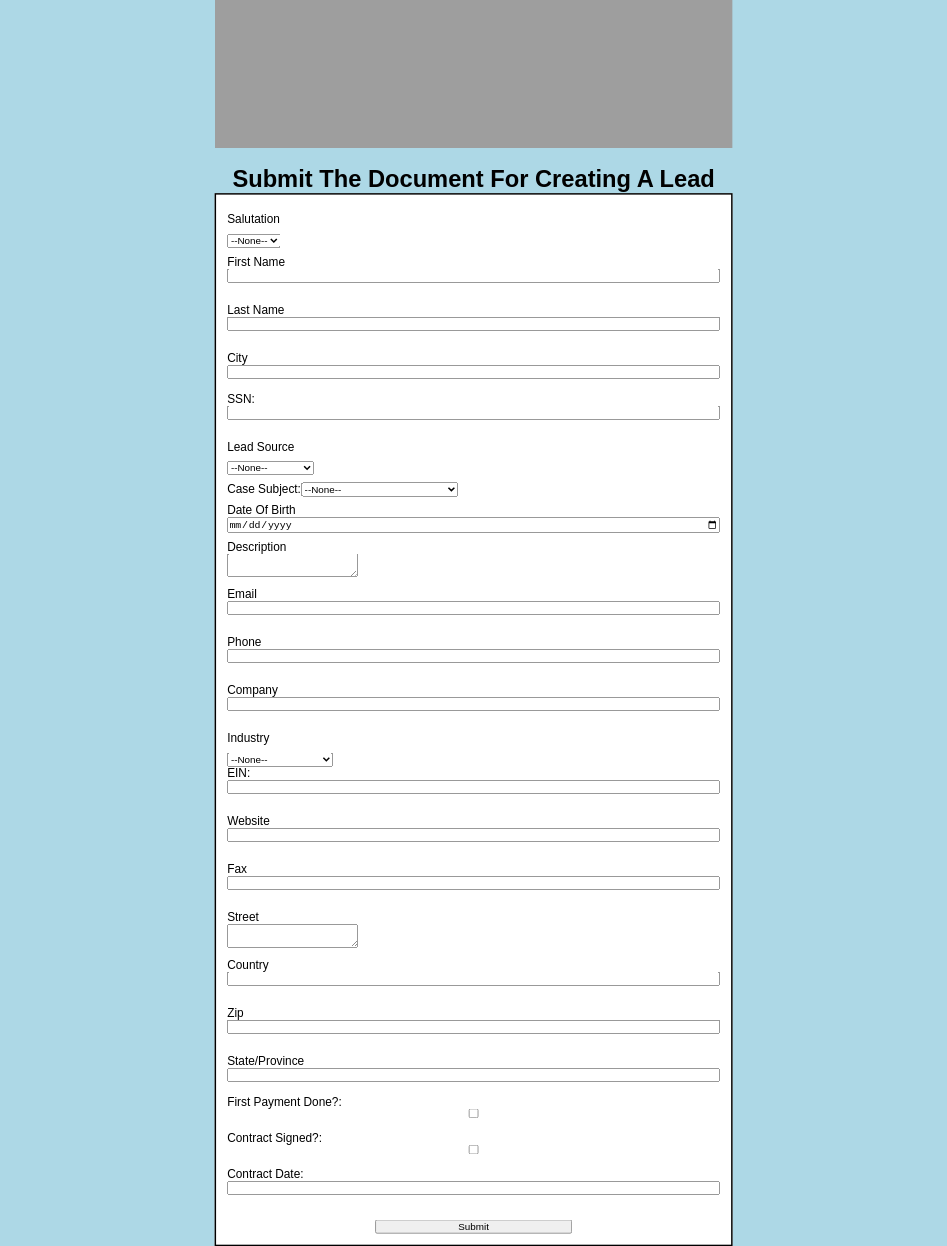
Repository: yaseminvural99/changeForce
Page: index.html
The author's editor kept a copy of each file at every save. The page is drawn from the files as they stood at one save, then again after the next save.
The browser window is 1280 px wide. The pictures show the whole page, at 74% of full size.
Pictures or frames that could not be fetched are drawn as grey boxes.

Above is the page before, as saved 2024-04-27 17:28:20.

After the next save:
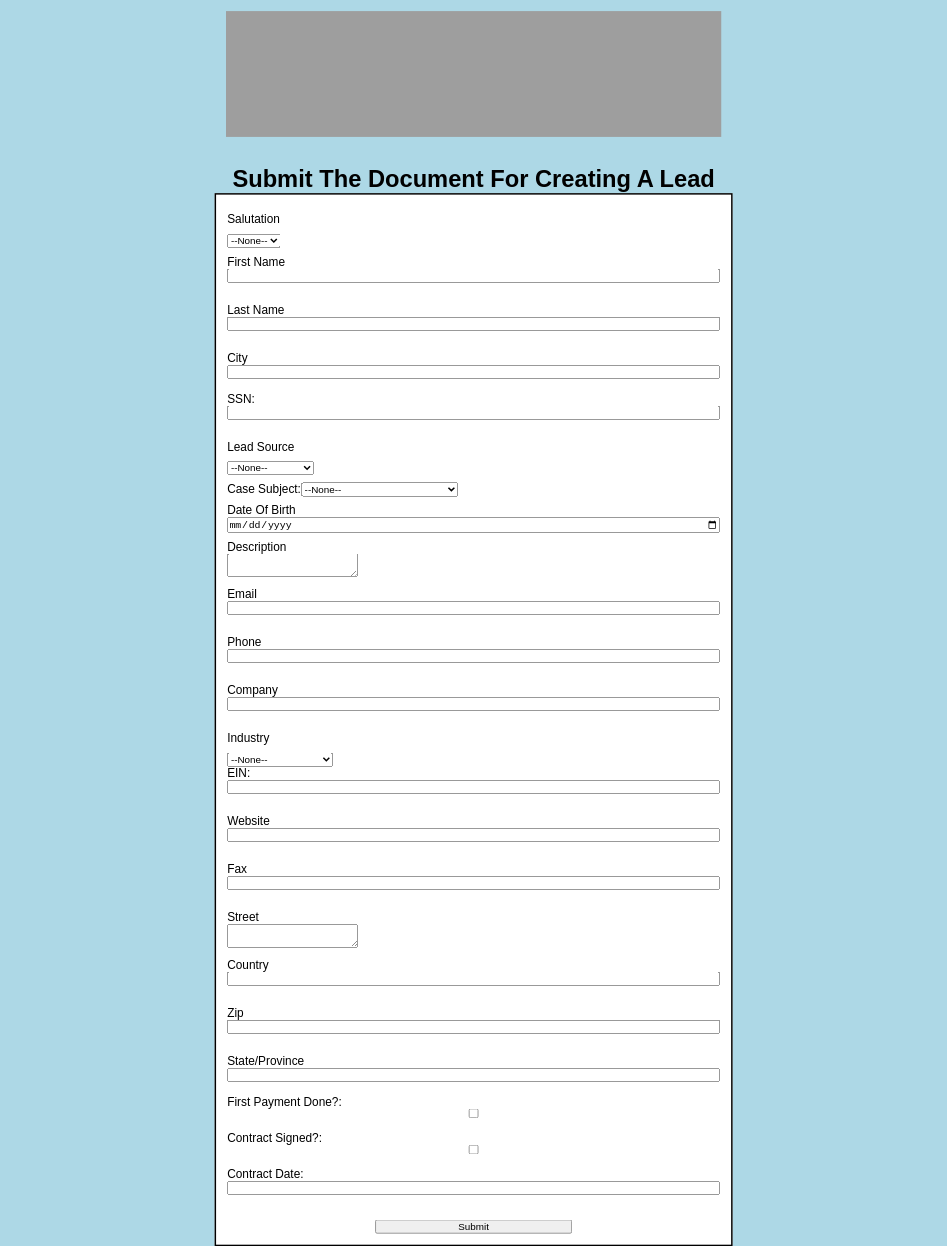
Saved 4 s later.
--- a/style.css
+++ b/style.css
@@ -53,5 +53,5 @@ input[type="submit"]{
     width: 700px;
     height:200px;
     object-fit:fill;
-    padding: ;
+    padding: 15px;
 }
